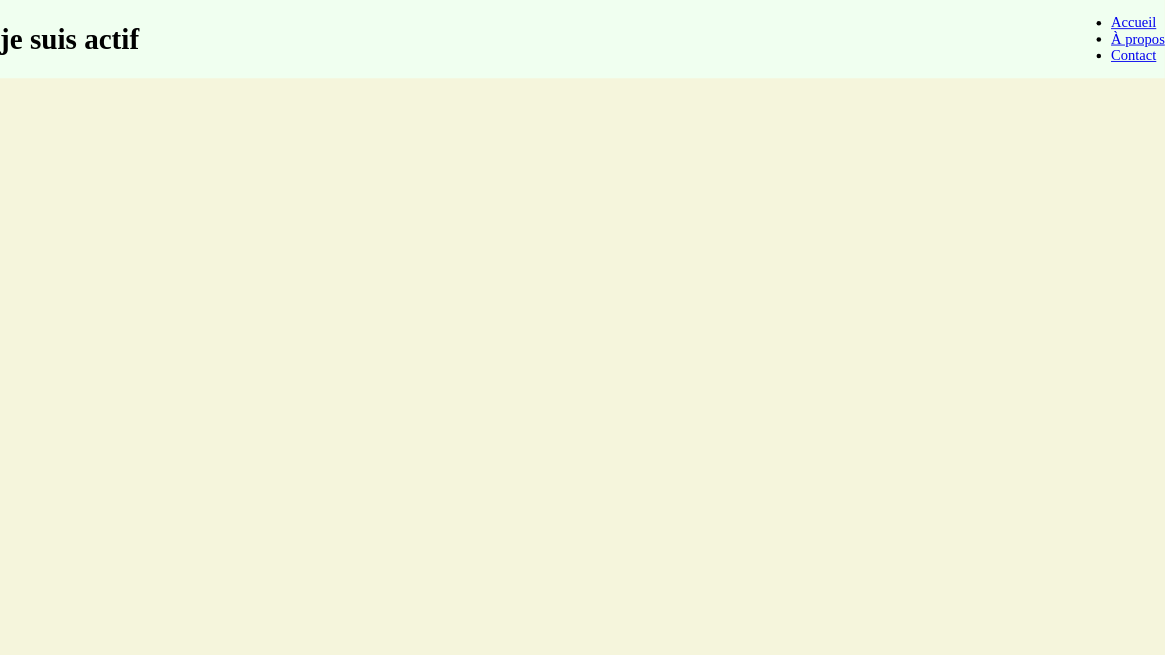
Repository: prestige225/prestige_services_et_finances
Page: PPL.HTML
These files come from the project's save history. The page is drawn as it stood at one moment and after the next save; the edit follows.
The browser window is 1280 px wide. The pictures show the whole page, at 91% of full size.

Above is the page before, as saved 2025-06-01 18:20:44.

After the next save:
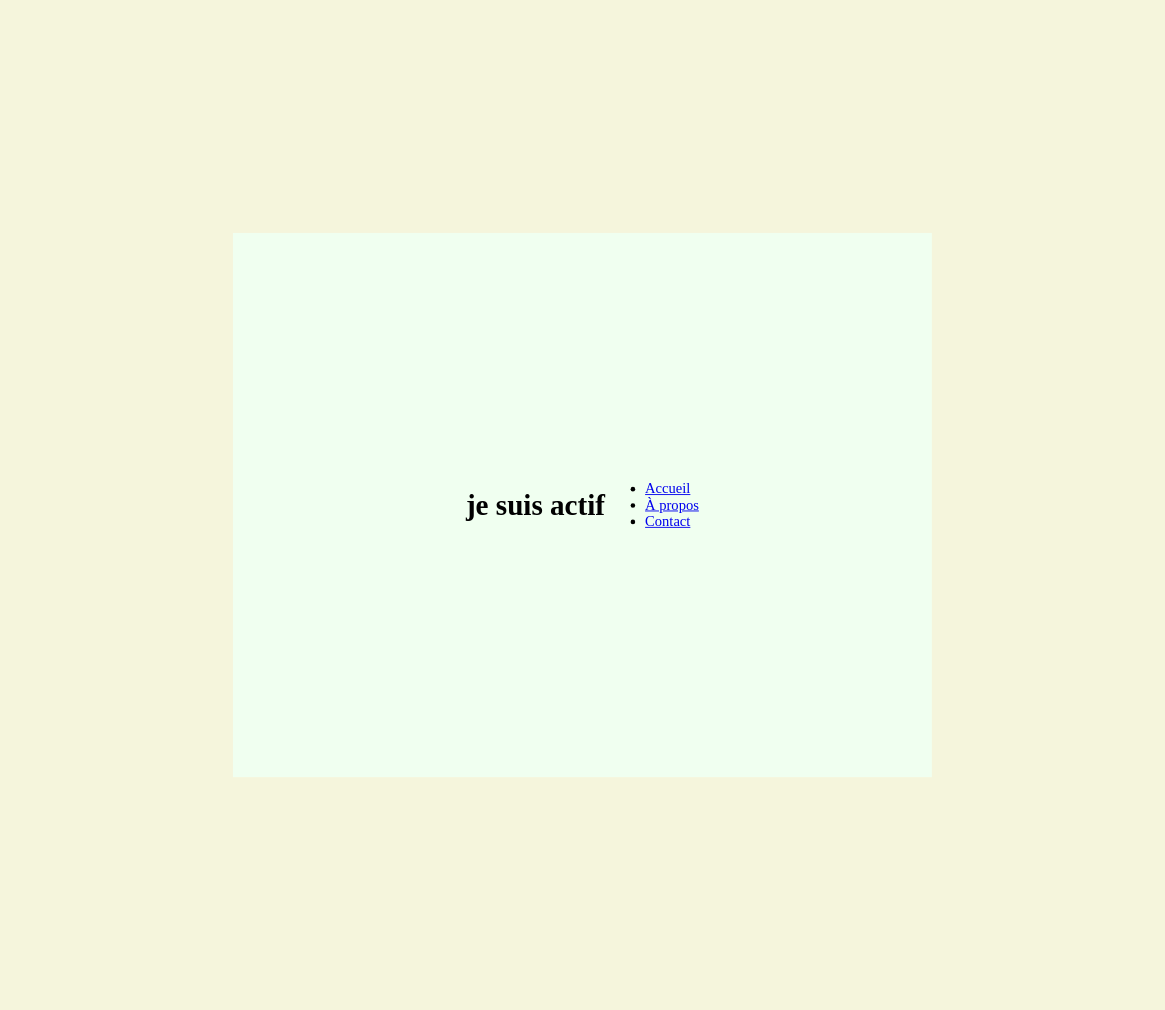
Saved 23 s later.
--- a/PPL.HTML
+++ b/PPL.HTML
@@ -14,8 +14,8 @@
     }
     header {
         background-color: rgb(240, 255, 240);
-        padding: 0%;
-        margin: 0%;
+        padding: 20%;
+        margin: 20%;
         display: flex;
         justify-content: space-between;
         align-items: center;
